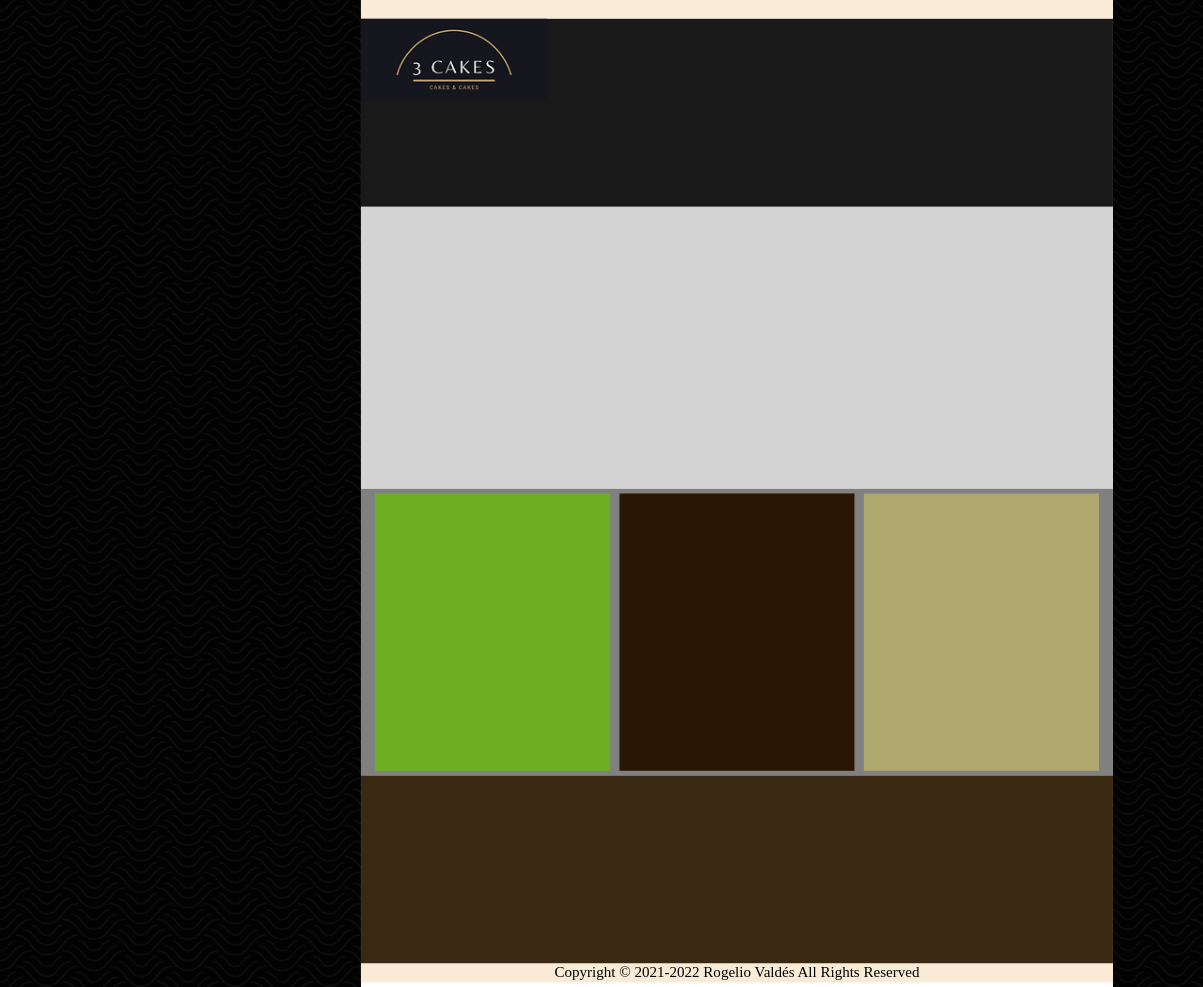
Repository: roge64/htmlfrontend
Page: index.html
These files come from the project's save history. The page is drawn as it stood at one moment and after the next save; the edit follows.
The browser window is 1280 px wide. The pictures show the whole page, at 94% of full size.

Above is the page before, as saved 2022-03-02 16:04:32.

After the next save:
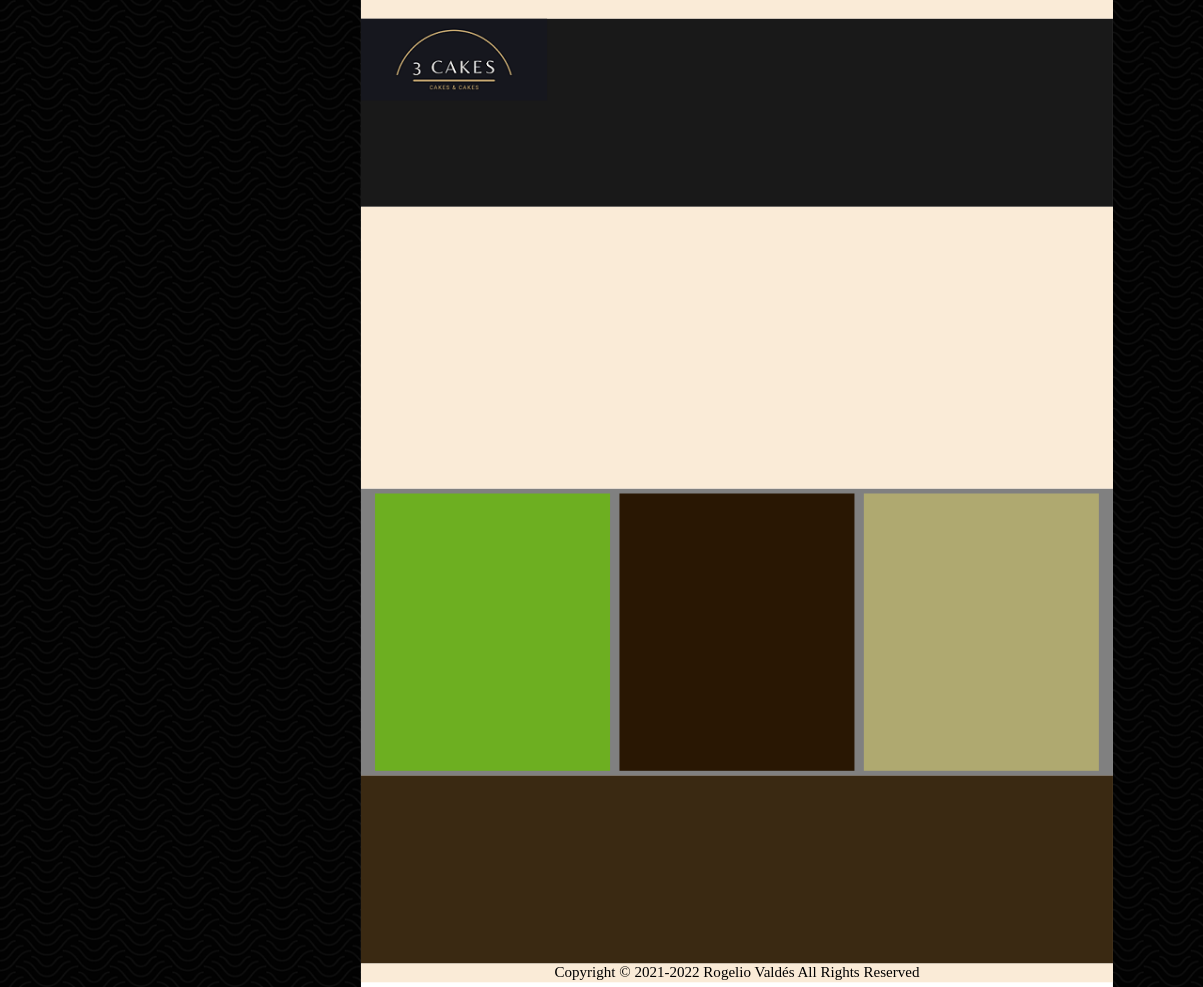
Saved 85 s later.
--- a/estilos/estilos.css
+++ b/estilos/estilos.css
@@ -34,7 +34,7 @@ header{
 
 
 #noticias{
-    background-color: lightgray;
+    background-color: antiquewhite;
 
     height: 300px;
 }
